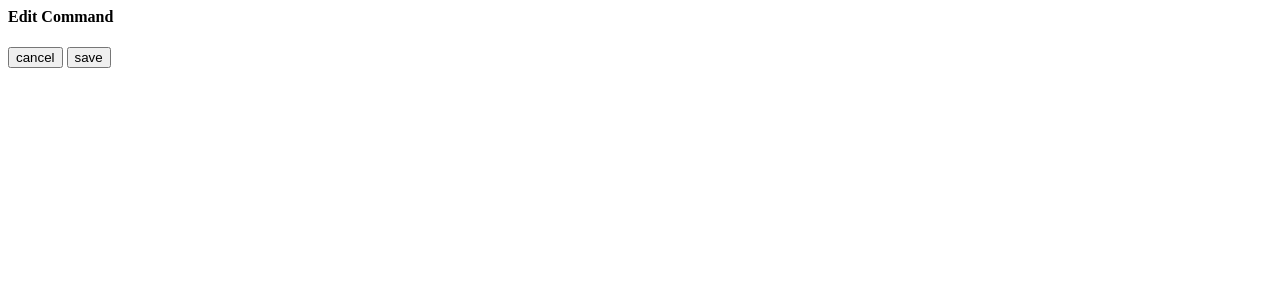
Repository: naldorp/_isa.admin
Page: app/modules/commands/views/edit.html
The author's editor kept a record of every edit. The page is drawn from the files as they stood at one moment, then again after the next edit.
The browser window is 1280 px wide. The pictures show the whole page.

Above is the page before.

### app/modules/commands/views/edit.html
<div class="card">
    <div class="card-header">
        <h4 class="card-title">
            Edit Command
        </h4>
    </div>
    <div class="card-body">
        <div class="card-block">
            <form name="commandForm">
                <div ng-include="'/modules/commands/views/_form.html'">
                </div>
                <div class="modal-footer">
                    <input type="reset" class="btn btn-outline-secondary btn-lg" data-dismiss="modal" value="cancel" ui-sref="commands_all">
                    <input type="submit" class="btn btn-primary btn-lg" value="save">
                </div>

            </form>

        </div>
    </div>

After the next edit:
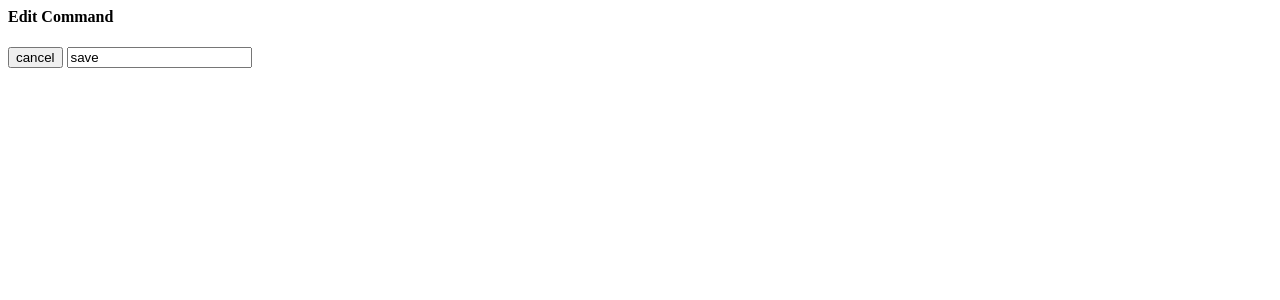
The edit:
--- a/app/modules/commands/views/edit.html
+++ b/app/modules/commands/views/edit.html
@@ -11,7 +11,7 @@
                 </div>
                 <div class="modal-footer">
                     <input type="reset" class="btn btn-outline-secondary btn-lg" data-dismiss="modal" value="cancel" ui-sref="commands_all">
-                    <input type="submit" class="btn btn-primary btn-lg" value="save">
+                    <input ng-click="save()" class="btn btn-primary btn-lg" value="save">
                 </div>
 
             </form>
